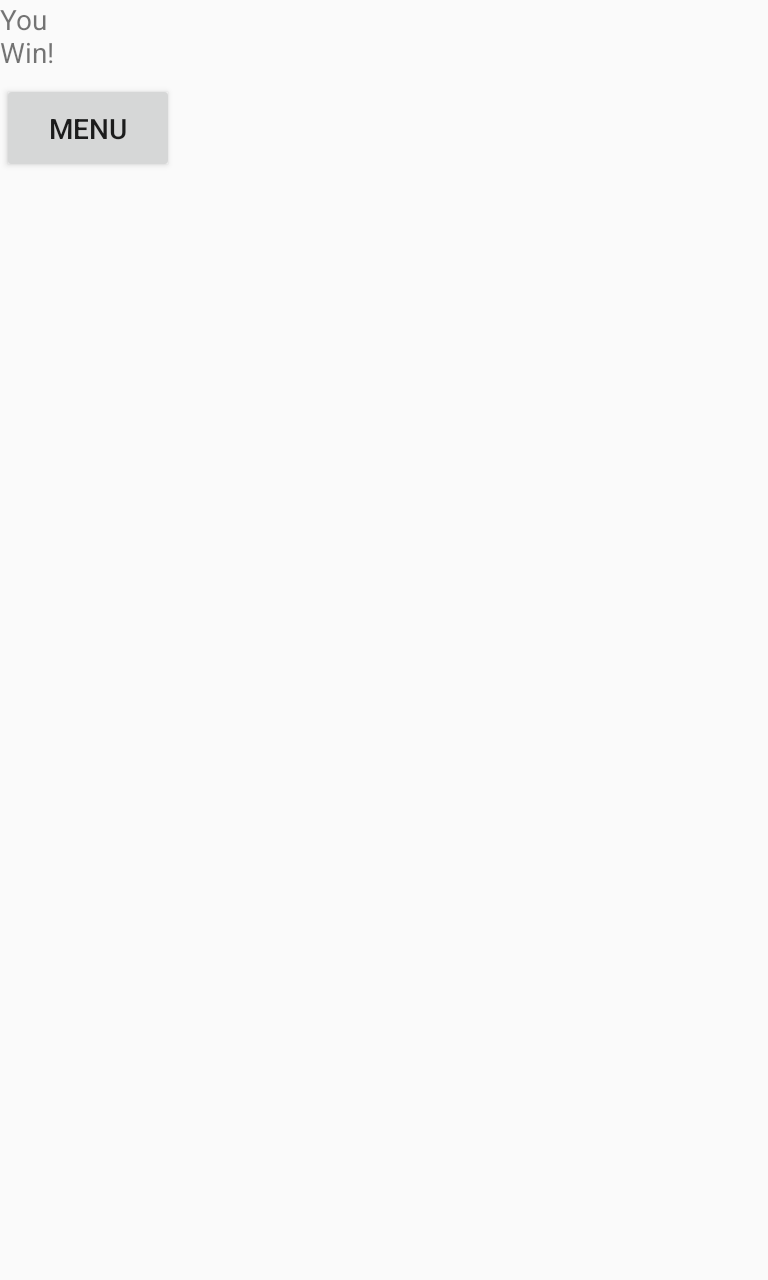
Repository: Rukshar/Native-App
Layout: nPuzzle10694676/nPuzzle10694676/res/layout/you_win.xml
The author's editor kept a copy of each file at every save. The layout is drawn from the files as they stood at one save, then again after the next save.
It is drawn on a 768 x 1280 px phone screen (xhdpi) without system bars, with theme AppTheme; the app's code is not run.

Above is the layout before, as saved 2014-11-20 15:10:33.

### nPuzzle10694676/nPuzzle10694676/res/layout/you_win.xml
<?xml version="1.0" encoding="utf-8"?>
<LinearLayout xmlns:android="http://schemas.android.com/apk/res/android"
    android:layout_width="match_parent"
    android:layout_height="match_parent"
    android:orientation="vertical" >


	<TextView
	    android:id = "@+id/youwin"
	    android:layout_width="40dp"
	    android:layout_height="40dp"
	    android:text="You Win!"/>
    <Button
        android:id="@+id/button1"
        android:layout_width="wrap_content"
        android:layout_height="wrap_content"
        android:text="Menu" />



</LinearLayout>

Loaded but not shown: nPuzzle10694676/nPuzzle10694676/res/values/styles.xml (common file); nPuzzle10694676/nPuzzle10694676/res/values-v11/styles.xml (common file); nPuzzle10694676/nPuzzle10694676/res/values-v14/styles.xml (common file)

After the next save:
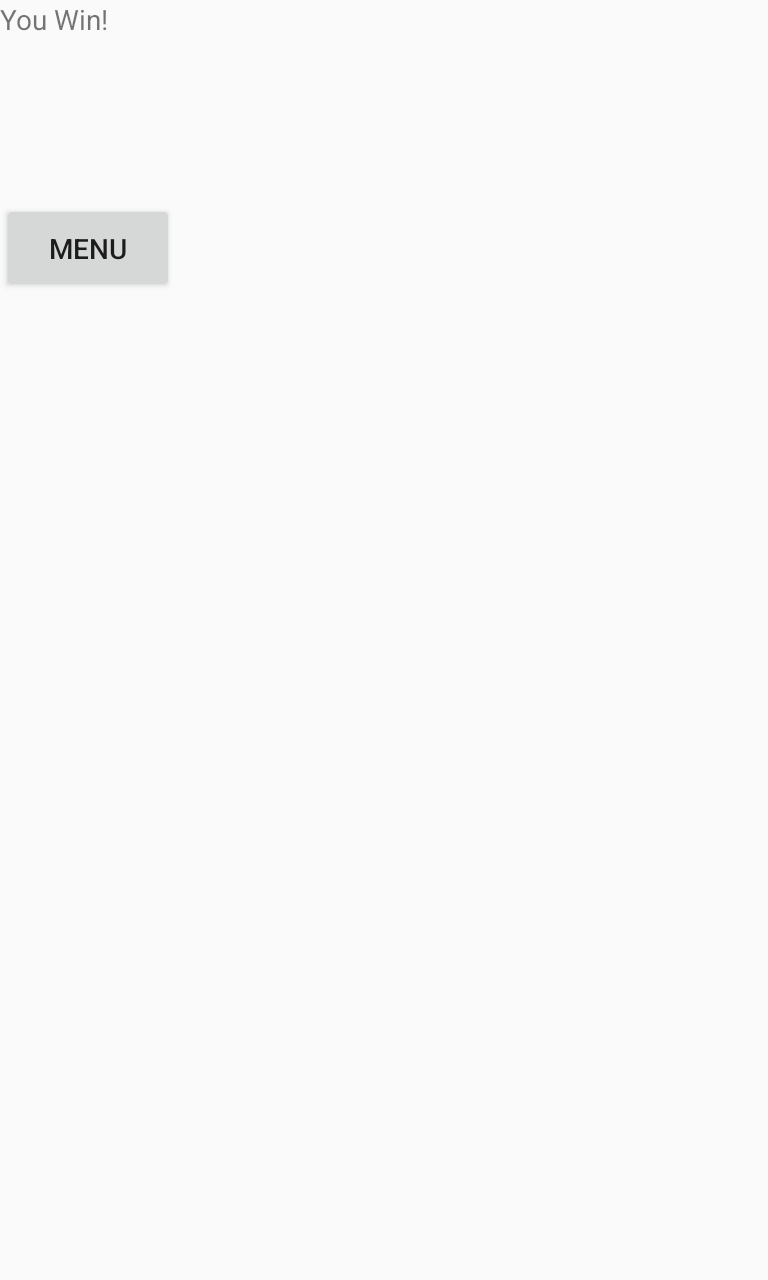
Saved 10 s later.
--- a/nPuzzle10694676/nPuzzle10694676/res/layout/you_win.xml
+++ b/nPuzzle10694676/nPuzzle10694676/res/layout/you_win.xml
@@ -7,8 +7,8 @@
 
 	<TextView
 	    android:id = "@+id/youwin"
-	    android:layout_width="40dp"
-	    android:layout_height="40dp"
+	    android:layout_width="100dp"
+	    android:layout_height="100dp"
 	    android:text="You Win!"/>
     <Button
         android:id="@+id/button1"

After the save that followed:
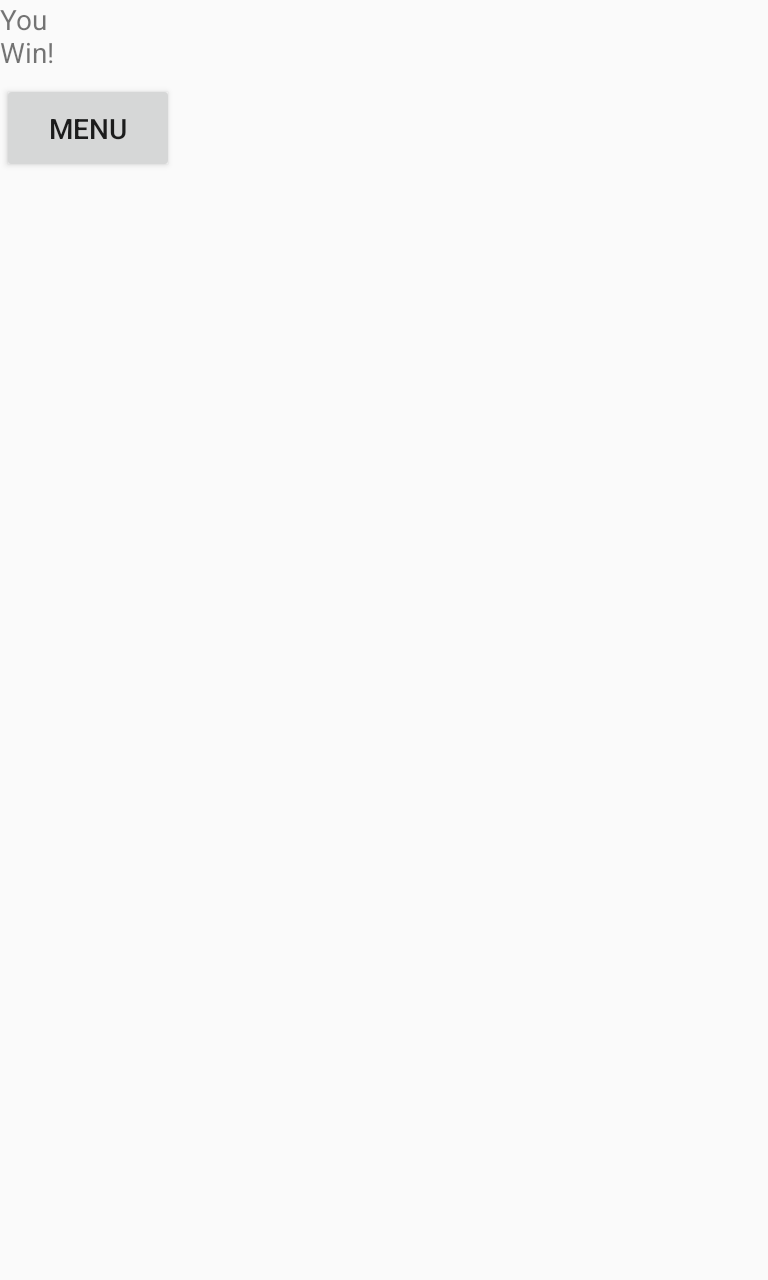
Saved 10 s later.
--- a/nPuzzle10694676/nPuzzle10694676/res/layout/you_win.xml
+++ b/nPuzzle10694676/nPuzzle10694676/res/layout/you_win.xml
@@ -7,8 +7,8 @@
 
 	<TextView
 	    android:id = "@+id/youwin"
-	    android:layout_width="100dp"
-	    android:layout_height="100dp"
+	    android:layout_width="40dp"
+	    android:layout_height="40dp"
 	    android:text="You Win!"/>
     <Button
         android:id="@+id/button1"
